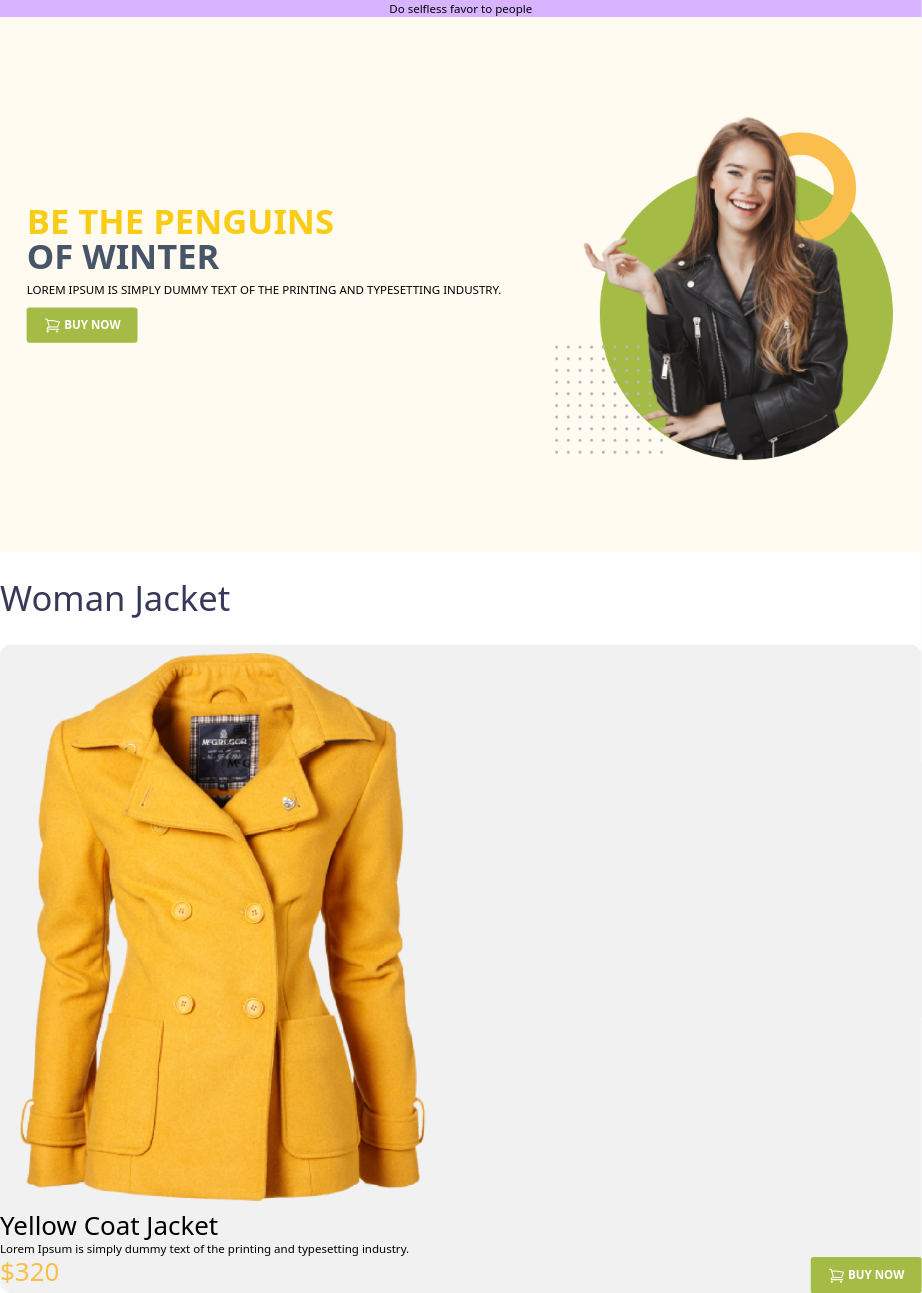
Repository: zjria/penguin-e-commerce-fashion
Page: index.html
The author's editor kept a copy of each file at every save. The page is drawn from the files as they stood at one save, then again after the next save.
The browser window is 1280 px wide. The pictures show the whole page, at 72% of full size.
Some web libraries are served in a nearby version.

Above is the page before, as saved 2022-10-07 07:34:01.

### index.html
<!DOCTYPE html>
<html lang="en">

<head>
    <meta charset="UTF-8">
    <meta http-equiv="X-UA-Compatible" content="IE=edge">
    <meta name="viewport" content="width=device-width, initial-scale=1.0">
    <title>Penguin E-commerce</title>
    <!-- Google Fonts Link -->
    <link rel="preconnect" href="https://fonts.googleapis.com">
    <link rel="preconnect" href="https://fonts.gstatic.com" crossorigin>
    <link href="https://fonts.googleapis.com/css2?family=Bebas+Neue&family=Roboto:wght@100;300;400;500&display=swap"
        rel="stylesheet">

    <!-- Tailwind CSS CDN link -->
    <script src="https://cdn.tailwindcss.com"></script>
    <script>
        tailwind.config = {
            theme: {
                extend: {
                    colors: {
                        clifford: '#da373d',
                        header_bg: '#FFFBF0',
                        main_text_color: '#363958',
                        price_color: '#FABE4C',
                        card_bg: '#F1F1F1',
                    }
                }
            }
        }
    </script>
</head>

<body>
    <h2 class="bg-purple-300 text-center font-header_text">Do selfless favor to people</h2>


    <!-- Header Section -->
    <header class="bg-header_bg pb-32 pt-24">
        <section class="container mx-auto uppercase sm:flex items-center justify-around">
            <div class="space-y-3">
                <h1 class="text-2xl sm:text-5xl font-bold font-header_text">
                    <span class="text-yellow-400">Be the Penguins</span> <br>
                    <span class="text-slate-600">of Winter</span>
                </h1>
                <p class="font-anther_text">Lorem Ipsum is simply dummy text of the printing
                    and typesetting industry.</p>
                <button class="uppercase bg-[#A4BC46] py-3 px-6 text-white font-semibold rounded font-anther_text"> <svg
                        xmlns="http://www.w3.org/2000/svg" fill="none" viewBox="0 0 24 24" stroke-width="1.5"
                        stroke="currentColor" class="w-6 h-6 inline text-white">
                        <path stroke-linecap="round" stroke-linejoin="round"
                            d="M2.25 3h1.386c.51 0 .955.343 1.087.835l.383 1.437M7.5 14.25a3 3 0 00-3 3h15.75m-12.75-3h11.218c1.121-2.3 2.1-4.684 2.924-7.138a60.114 60.114 0 00-16.536-1.84M7.5 14.25L5.106 5.272M6 20.25a.75.75 0 11-1.5 0 .75.75 0 011.5 0zm12.75 0a.75.75 0 11-1.5 0 .75.75 0 011.5 0z" />
                    </svg>
                    Buy Now</button>
            </div>
            <div class="pt-8 sm:pt-8">
                <img class=" w-1/2 sm:w-full" src="images/model.png" alt="">
            </div>
        </section>
    </header>

    <!-- Main Section Start -->
    <main>
        <section class="container mx-auto">
            <h2 class="text-5xl my-10 text-main_text_color font-header_text">Woman Jacket</h2>
            <div class="grid-cols-3">
                <div class="bg-card_bg rounded-2xl">
                    <div class="p-2">
                        <img src="images/jacket-1.png" alt="">
                    </div>
                    <h3 class="text-4xl">Yellow Coat Jacket</h3>
                    <p>Lorem Ipsum is simply dummy text of the
                        printing and typesetting industry.</p>
                    <div class="flex justify-between">
                        <h3 class="text-4xl text-price_color">$320</h3>
                        <button
                            class="uppercase bg-[#A4BC46] py-3 px-6 text-white font-semibold rounded font-anther_text">
                            <svg xmlns="http://www.w3.org/2000/svg" fill="none" viewBox="0 0 24 24" stroke-width="1.5"
                                stroke="currentColor" class="w-6 h-6 inline text-white">
                                <path stroke-linecap="round" stroke-linejoin="round"
                                    d="M2.25 3h1.386c.51 0 .955.343 1.087.835l.383 1.437M7.5 14.25a3 3 0 00-3 3h15.75m-12.75-3h11.218c1.121-2.3 2.1-4.684 2.924-7.138a60.114 60.114 0 00-16.536-1.84M7.5 14.25L5.106 5.272M6 20.25a.75.75 0 11-1.5 0 .75.75 0 011.5 0zm12.75 0a.75.75 0 11-1.5 0 .75.75 0 011.5 0z" />
                            </svg>
                            Buy Now</button>
                    </div>
                </div>
            </div>
        </section>
    </main>

</body>

</html>

After the next save:
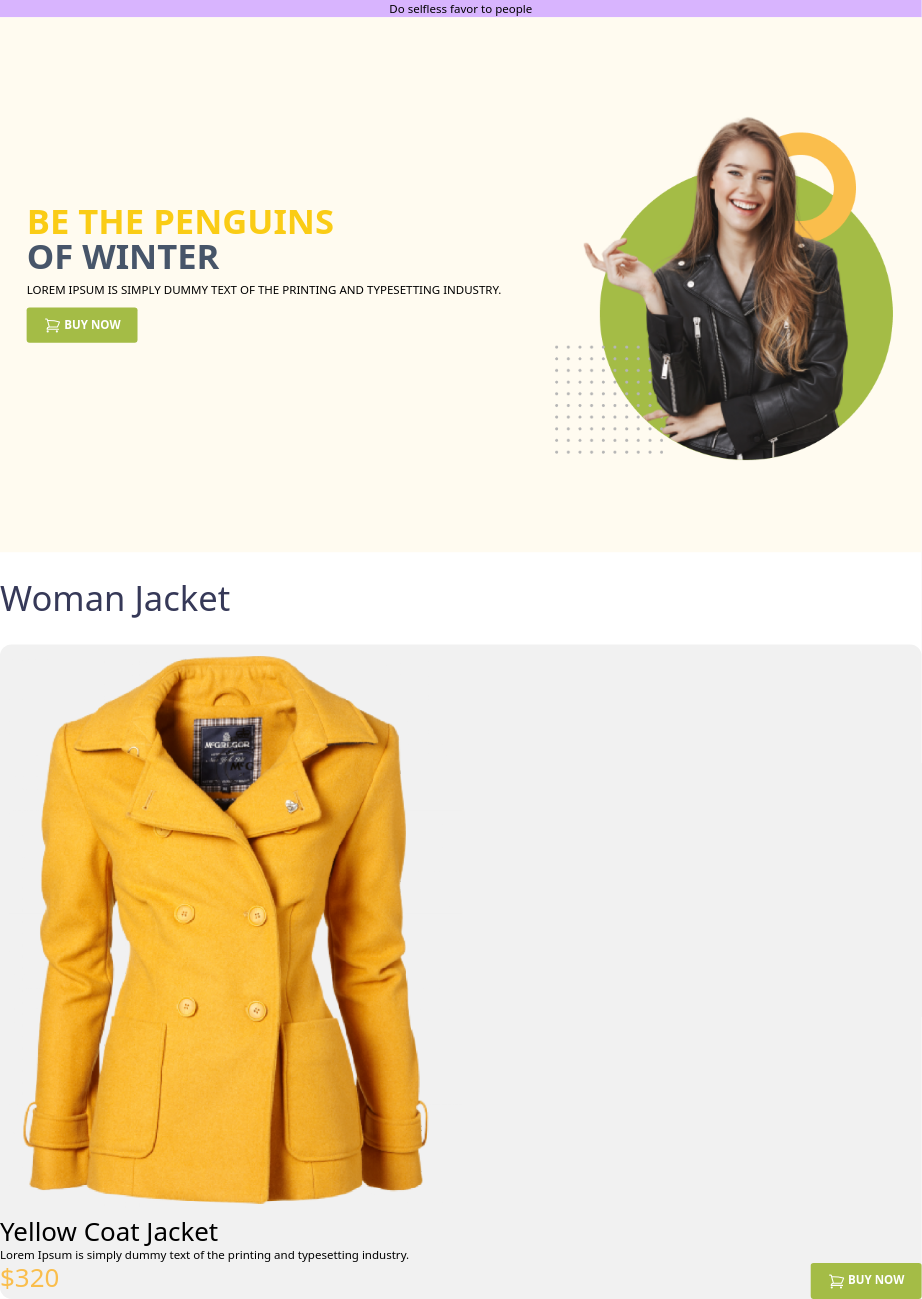
Saved 72 s later.
--- a/index.html
+++ b/index.html
@@ -65,7 +65,7 @@
             <h2 class="text-5xl my-10 text-main_text_color font-header_text">Woman Jacket</h2>
             <div class="grid-cols-3">
                 <div class="bg-card_bg rounded-2xl">
-                    <div class="p-2">
+                    <div class="p-3">
                         <img src="images/jacket-1.png" alt="">
                     </div>
                     <h3 class="text-4xl">Yellow Coat Jacket</h3>
